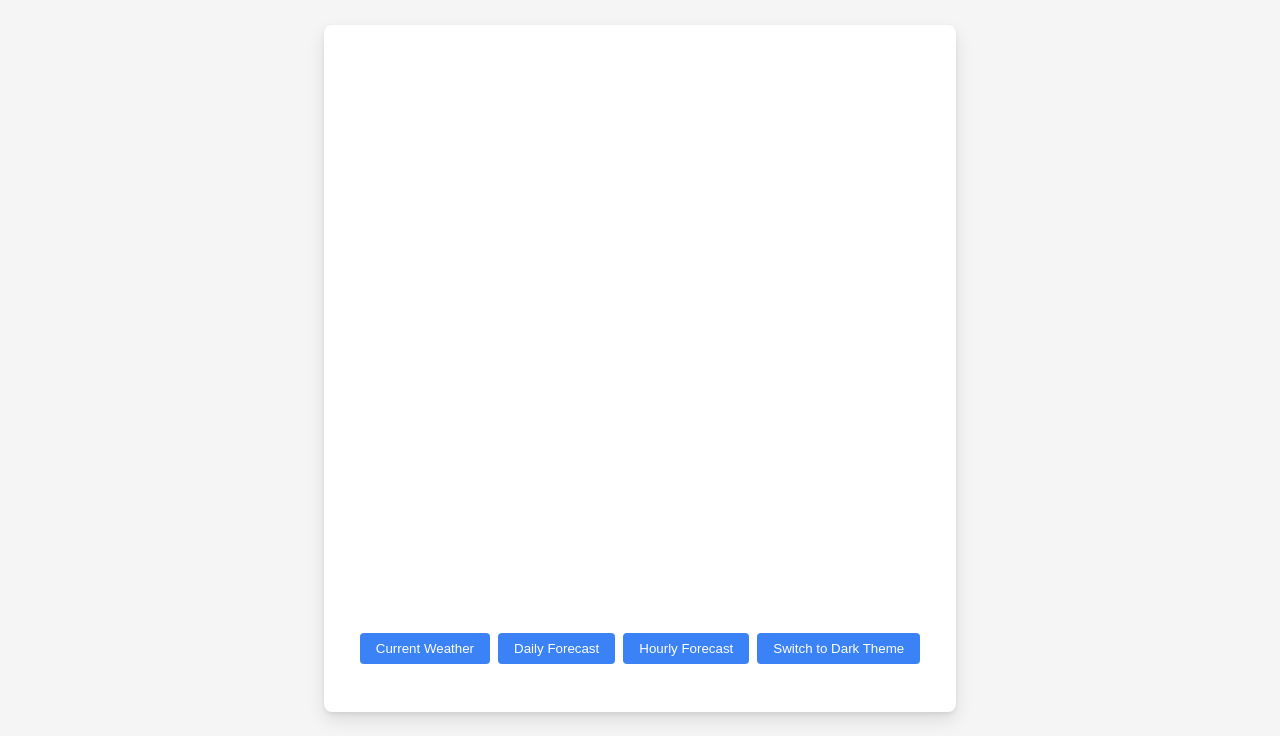
Repository: WajahatKanju/openweaterapi_test
Page: /
These files come from the project's save history. The page is drawn as it stood at one moment and after the next save; the edit follows.
The browser window is 1280 px wide. The pictures show the whole page.
Pictures or frames that could not be fetched are drawn as grey boxes. The page's requests for data from a server got no answer. The project was rebuilt for these pictures with package versions that can differ from the ones it lists, and the page was loaded fresh each time. No one was signed in, and anything a server would have sent is missing. Also part of the build but not shown: vite.config.js, src/DailyForecast.jsx, src/HourlyForecast.jsx.

Above is the page before, as saved 2023-05-01 23:06:08.

After the next save:
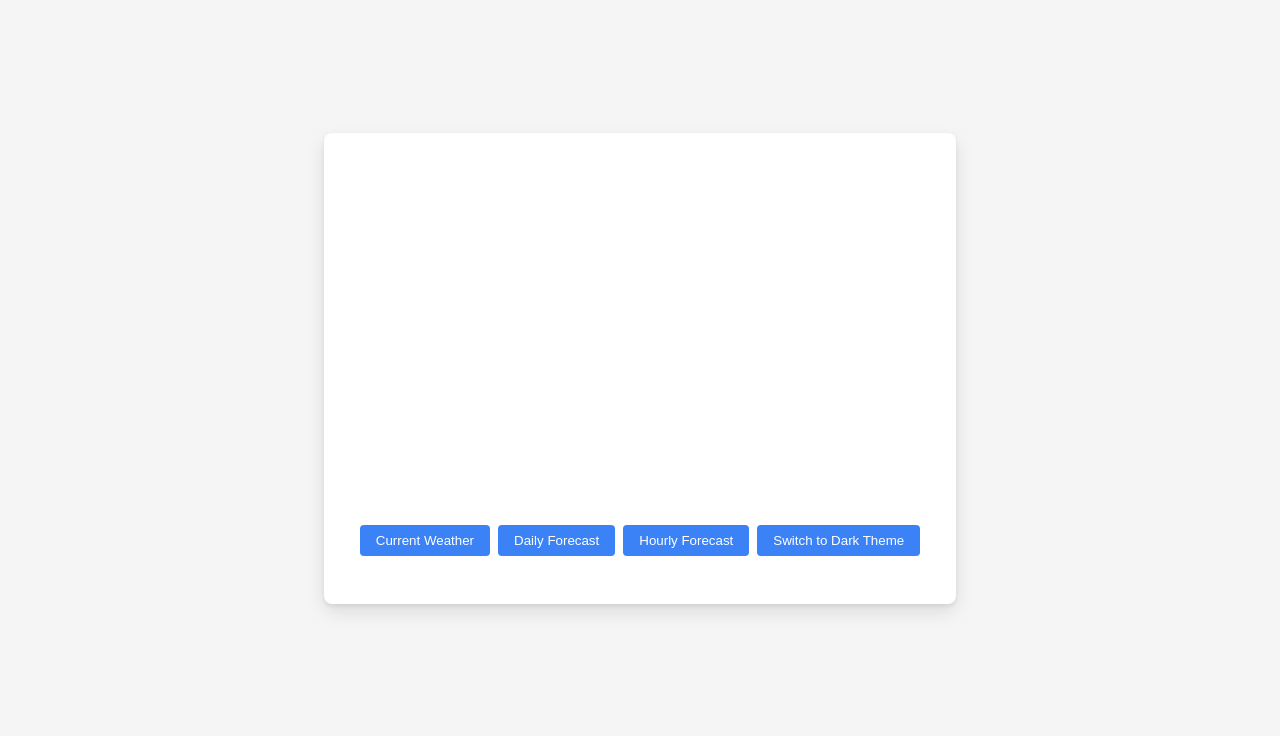
Saved 6 s later.
--- a/src/App.css
+++ b/src/App.css
@@ -4,7 +4,7 @@ body {
 }
 
 .map-container{
-  min-height: 80vh;
+  min-height: 50vh;
 }
 
 .app-container {
